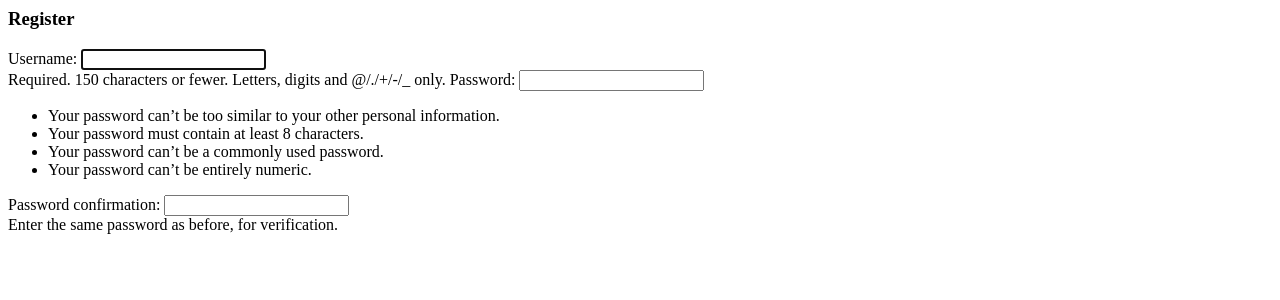
Repository: Faisal-Abdo/Savings_App_Django
Page: http://localhost/register/
The author's editor kept a copy of each file at every save. The page is drawn from the files as they stood at one save, then again after the next save.
The browser window is 1280 px wide. The pictures show the whole page.
The page is served by the project's application, run on Django 4.2 (manage.py).

Above is the page before, as saved 2024-07-23 12:19:04.

After the next save:
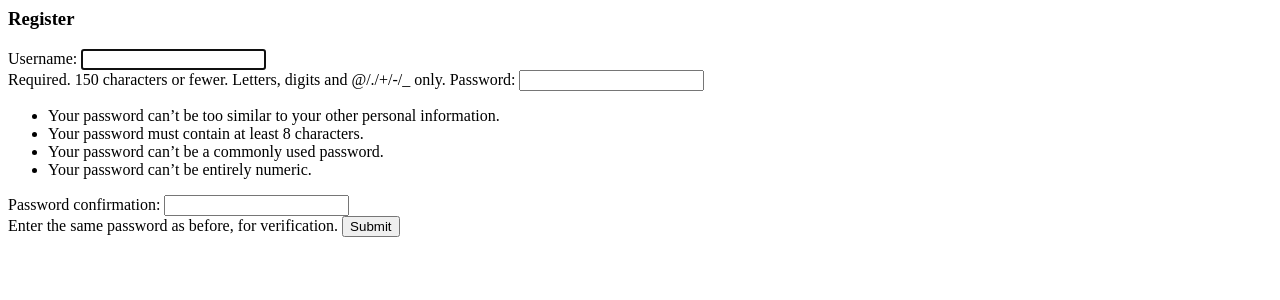
Saved 4 min 6 s later.
--- a/registration/templates/authentication/register.html
+++ b/registration/templates/authentication/register.html
@@ -2,4 +2,6 @@
 
 <form method="POST" action="">
     {{form}}
+    <input type="submit" name="Create User">
+
 </form>
